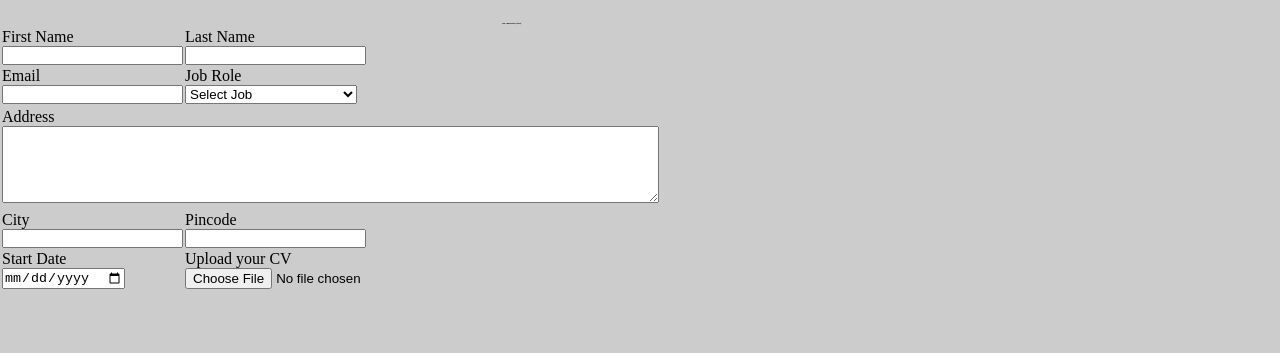
Repository: diensy/JOB-APPLICATION
Page: index.html
These files come from the project's save history. The page is drawn as it stood at one moment and after the next save; the edit follows.
The browser window is 1280 px wide. The pictures show the whole page.

Above is the page before, as saved 2024-02-27 01:13:05.

After the next save:
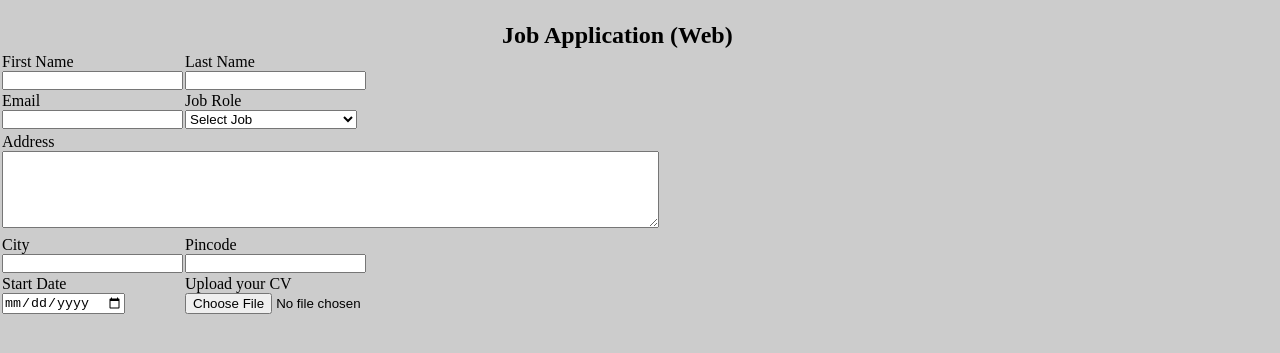
Saved 11 s later.
--- a/Job_Application.css
+++ b/Job_Application.css
@@ -10,7 +10,6 @@ body {
 .head {
   margin-left: 500px;
   margin-top: 20px;
-  font-size: 2px;
 }
 
 .Web {
